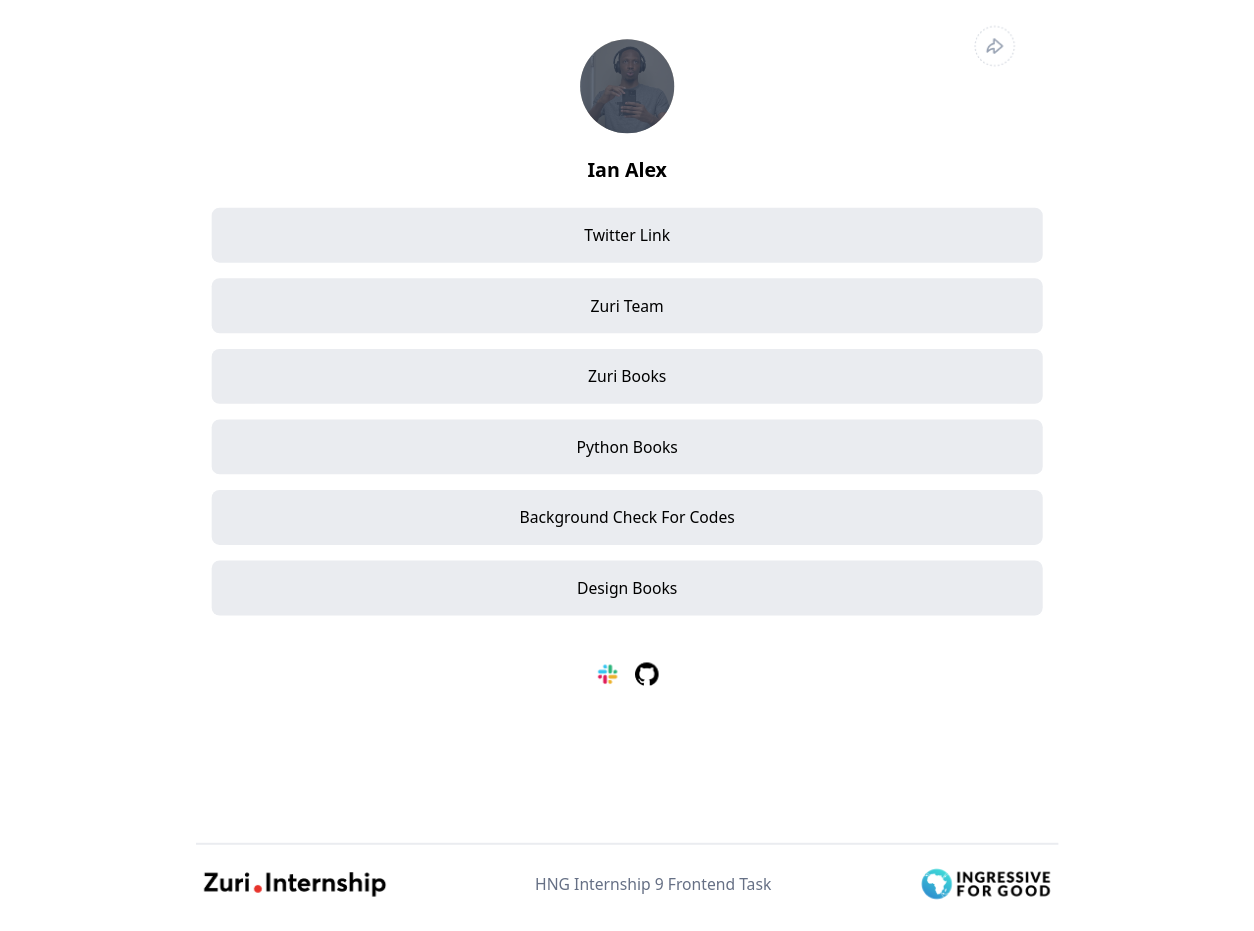
Repository: nonso7/hng9
Page: /
These files come from the project's save history. The page is drawn as it stood at one moment and after the next save; the edit follows.
The browser window is 1280 px wide. The pictures show the whole page, at 98% of full size.
The pointer rests on the first visible `.img-container`.
The project was rebuilt for these pictures with package versions that can differ from the ones it lists, and the page was loaded fresh each time. Also part of the build but not shown: vite.config.js.

Above is the page before, as saved 2022-10-27 12:49:44.

### src/main.jsx
import React from "react";
import ReactDOM from "react-dom/client";
import App from "./App";
import "./styles/tailwind.css";

ReactDOM.createRoot(document.getElementById("root")).render(
  <React.StrictMode>
    <App />
  </React.StrictMode>
);

### src/App.jsx
import React from "react";
import Header from "./Header";
import Links from "./Links";
import Socials from "./Socials";
import Footer from "./Footer";

const App = () => {
  return (
    <div className="">
      <Header />
      <Links />
      <Socials />
      <Footer />
    </div>
  );
};

export default App;

### src/styles/tailwind.css
@tailwind base;
@tailwind components;
@tailwind utilities;

* {
  margin: 0;
  padding: 0;
  border-box: box-sizing;
}

.img-container::after {
  position: absolute;
  content: "";
  height: 6rem;
  width: 100%;
  top: 0;
  left: 0;
  right: 0;
  bottom: 0;
  background-color: gray;
  border-radius: 50px;
  background-color: transparent;
}

.img-container {
  position: relative;
}

.img-container:hover.img-container::after {
  background-color: #344054bf;
}

.camera {
  postion: absolute;
  top: 65px;
  left: 35px;
  display: none;
}

### src/Header.jsx
import React from "react";

const Header = () => {
  return (
    <section className="p-6">
      {/* image contaiber */}
      <div className=" flex justify-center mt-8 relative md:mt-4">
        <div className="flex flex-col space-y-6 items-center">
          <div className="img-container">
            <img
              id="profile__img"
              className="h-24 w-24 rounded-full"
              src="/images/IMG-1295.jpg"
              alt="profile picture"
            />
            <img className="camera" src="/images/Photo-Icon.png" alt="" />
          </div>
          <p id="twitter" className="text-xl font-bold">
            Ian Alex
          </p>
        </div>
        {/* <p id="slack" className="text-xl font-bold">
          Ik-Alex
        </p> */}
        <div className="hidden absolute md:right-[130px] lg:right-[220px] md:top-[-14px] md:block">
          <img src="/images/_Avatar share button full.png" alt="" />
        </div>
      </div>
      {/* mobile image */}
      <div className=" absolute right-[30px] top-[40px]  md:hidden">
        <img src="/images/_Avatar share button.png" alt="" />
      </div>
    </section>
  );
};

export default Header;

### src/Links.jsx
import React from "react";
import Data from "./Data";

const Links = () => {
  return (
    <section className="">
      <div className=" mx-auto container px-8 md:px-16">
        {Data.map((info) => {
          return (
            <a
              id={info.keyId}
              className="block bg-darkGrey rounded-lg text-center mb-4  py-4 px-6 md:px-8 hover:cursor-pointer hover:bg-lightGrey"
              href={info.link}
            >
              {info.title}
            </a>
          );
        })}
      </div>
    </section>
  );
};

export default Links;

### src/Socials.jsx
import React from "react";

const Socials = () => {
  return (
    <section className="mx-auto container px-8 py-8 md:px-16 md:pb-32">
      <div className="flex flex-row space-x-4 items-center justify-center ">
        <div className="">
          <img src="/images/slack.png" alt="" />
        </div>
        <div className="">
          <img src="/images/Icon.png" alt="" />
        </div>
      </div>
    </section>
  );
};

export default Socials;

### src/Footer.jsx
import React from "react";

const Footer = () => {
  return (
    <footer className="mx-auto container px-4 py-8 md:px-12">
      <div className="flex flex-col space-y-6 items-start pt-6 px-2 border-t-2 border-darkGrey md:flex-row md:justify-between md:items-center md:space-y-0">
        <div className="relative">
          <div className="">
            <img src="/images/Vector.png" alt="" />
          </div>
          <div className="absolute left-[51px] bottom-1">
            <img src="/images/Vectordot.png" alt="" />
          </div>
        </div>
        <p className="text-lightGrey">HNG Internship 9 Frontend Task</p>
        <div className="">
          <img src="/images/I4G.png" alt="" />
        </div>
      </div>
    </footer>
  );
};

export default Footer;

### src/Data.jsx
const Data = [
  {
    keyId: "twitter_id",
    title: "Twitter Link",
    link: "https://twitter.com/ik_again",
  },
  {
    keyId: "btn__zuri",
    title: "Zuri Team",
    link: "https://training.zuri.team/",
  },
  {
    keyId: "books",
    title: "Zuri Books",
    link: "http://books.zuri.team/",
  },
  {
    keyId: "book_python",
    title: "Python Books",
    link: "http://books.zuri.team/python-for-beginners?ref_id=<Ik-Alex>",
  },
  {
    keyId: "pitch",
    title: "Background Check For Codes",
    link: "https://background.zuri.team/",
  },
  {
    keyId: "book_design",
    title: "Design Books",
    link: "https://books.zuri.team/design-rules",
  },
];
export default Data;

### tailwind.config.cjs
/** @type {import('tailwindcss').Config} */
module.exports = {
  content: ["./src/**/*.{jsx,js}"],
  theme: {
    screens: {
      sm: "480px",
      md: "768px",
      lg: "976px",
      xl: "1440px",
    },
    extend: {
      colors: {
        darkGrey: "hsl(220, 17%, 93%)",
        lightGrey: "hsl(221, 13%, 46%)",
      },
    },
  },
  plugins: [],
};

Loaded but not shown: index.html (common file)

After the next save:
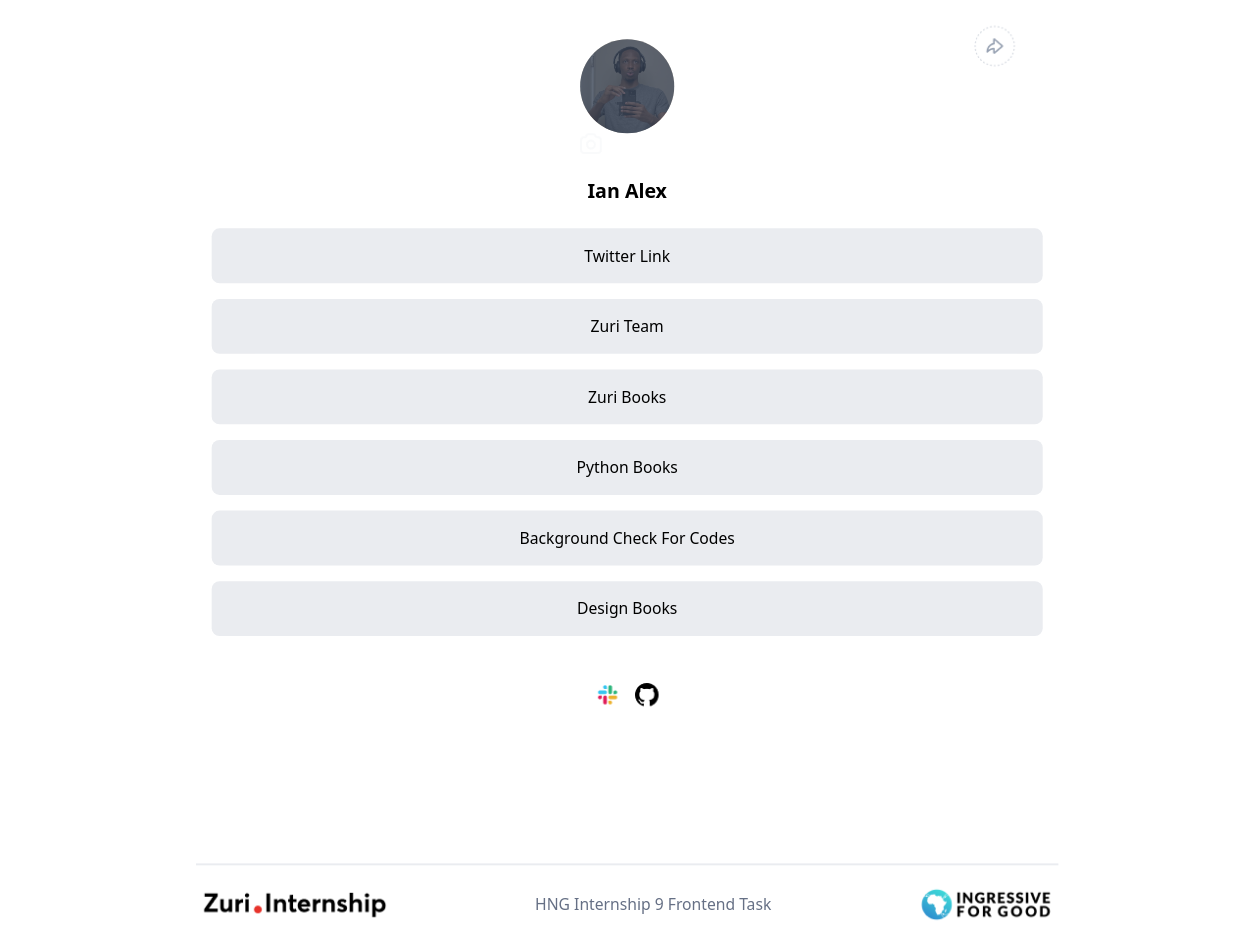
Saved 59 s later.
--- a/src/styles/tailwind.css
+++ b/src/styles/tailwind.css
@@ -36,3 +36,7 @@
   left: 35px;
   display: none;
 }
+
+.img-container:hover .camera {
+  display: block;
+}
